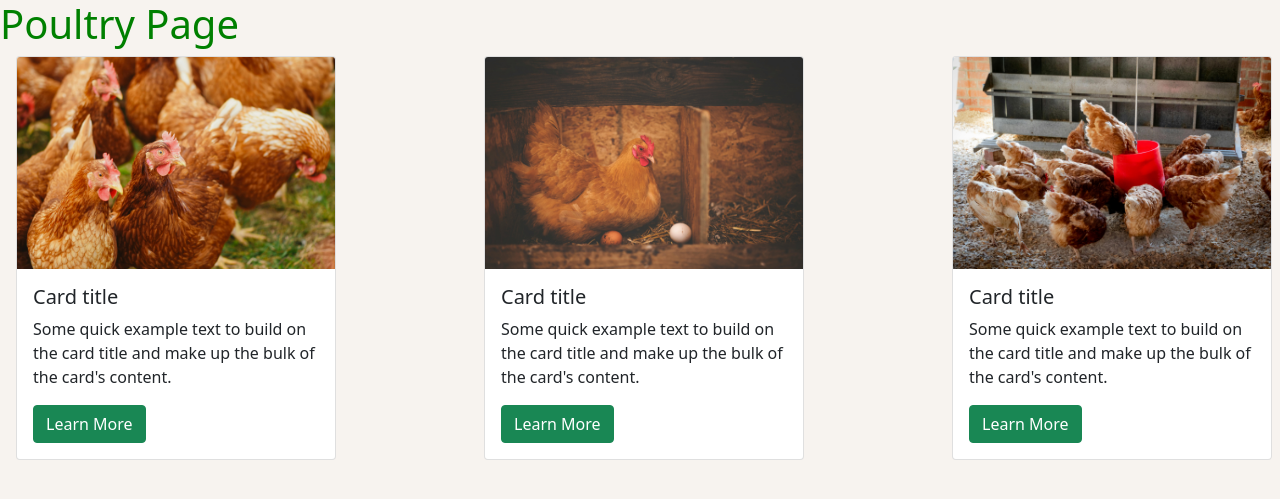
Repository: Allevandrose/Agri-invest
Page: poultry.html
An editor plug-in stored every save of this project. The page is shown before and after the next save, followed by the edit.
The browser window is 1280 px wide. The pictures show the whole page.

Above is the page before, as saved 2024-04-13 15:26:13.

After the next save:
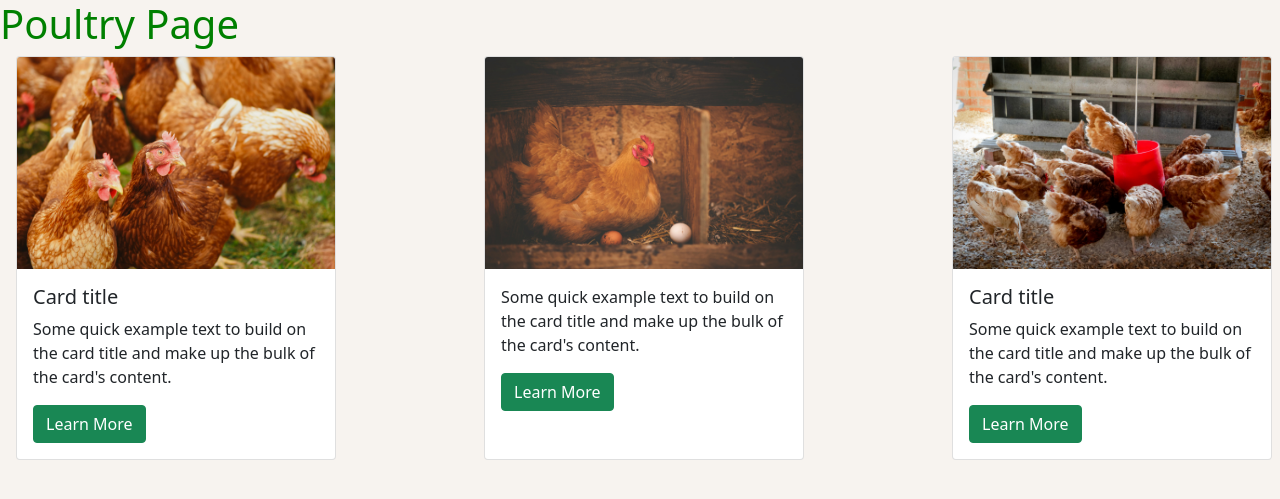
Saved 32 s later.
--- a/poultry.html
+++ b/poultry.html
@@ -24,7 +24,7 @@
         <div class="card mr-2" style="width: 20rem;">
             <img src="poultry images/chick2.jpg" class="card-img-top" alt="...">
             <div class="card-body">
-                <h5 class="card-title">Card title</h5>
+
                 <p class="card-text">Some quick example text to build on the card title and make up the bulk of the card's content.</p>
                 <a href="#" class="btn btn-success">Learn More</a>
             </div>
